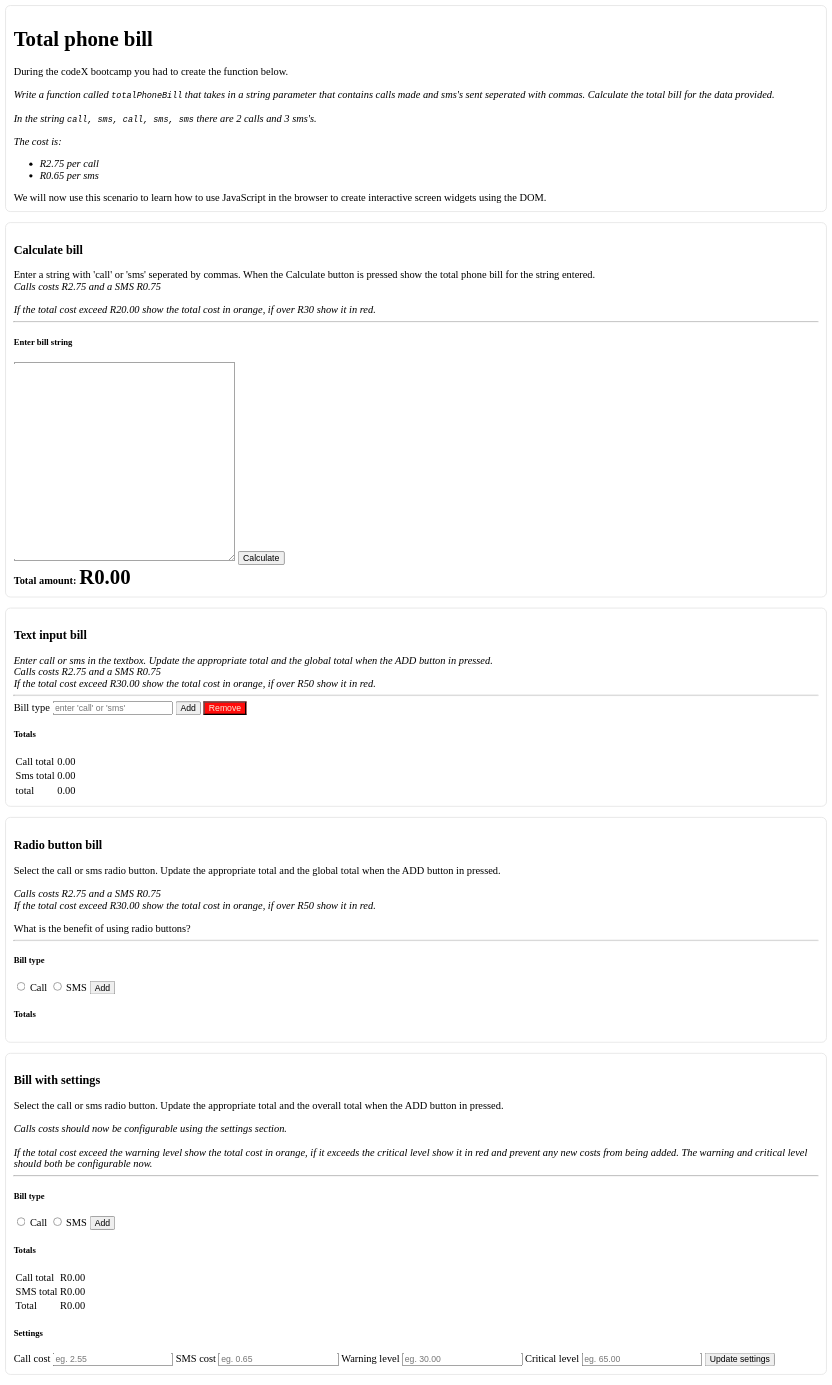
Repository: lasity34/Phone-bill
Page: index.html
An editor plug-in stored every save of this project. The page is shown before and after the next save, followed by the edit.
The browser window is 1280 px wide. The pictures show the whole page, at 65% of full size.
Some web libraries are served in a nearby version.

Above is the page before, as saved 2023-05-06 14:44:38.
Console error: SyntaxError: Identifier 'total' has already been declared
Not found: css/skeleton.css

### index.html
<!DOCTYPE html>
<html>
  <head>
    <meta charset="utf-8">
    <title></title>
    <link rel="stylesheet" href="css/skeleton.css">
    <link rel="stylesheet" href="css/style.css">
    <script src="https://cdnjs.cloudflare.com/ajax/libs/handlebars.js/4.0.11/handlebars.min.js"></script>
    <script type="text/x-template" class="textTemplate">
      {{#each differentCosts}}
      <tr>
      <td>{{name}} total</td>
      <td><span>{{total}}</span></td>
      </tr>
      {{/each}}
  </script>
  </head>
  <script type="text/x-template" class="radioTemplate">
    {{#each differentCosts}}
    <tr>
    <td>{{name}} total</td>
    <td><span>{{total}}</span></td>
    </tr>
    {{/each}}
</script>
  <body>
    <div class="container">
      <div class="row">
        <div class="twelve columns box">
          <h1>Total phone bill</h1>

          <div class="">
            During the codeX bootcamp you had to create the function below.
          </div>

          <br>

          <div class="">
            <i>Write a function called <code>totalPhoneBill</code> that takes in a string parameter that contains calls made and sms's sent seperated with commas. Calculate the total bill for the data provided.
              <br><br>
              In the string <code>call, sms, call, sms, sms</code> there are 2 calls and 3 sms's.
              <br>
              <br>
              The cost is:
              <ul>
                <li>R2.75 per call</li>
                <li>R0.65 per sms</li>
              </ul>

            </i>
          </div>

          <div class="">
              We will now use this scenario to learn how to use JavaScript in the browser to create interactive screen widgets using the DOM.
          </div>
        </div>
      </div>
      <div class="row">
        <div class="six columns box">
          <h3>Calculate bill</h3>
          Enter a string with 'call' or 'sms' seperated by commas. When the Calculate button is pressed show the total phone bill for the string entered.

          <div class="">
            <i>Calls costs R2.75 and a SMS R0.75</i>
          </div>
          <br>
          <div class="">
            <i>If the total cost exceed R20.00 show the total cost in orange, if over R30 show it in red.</i>
          </div>

          <hr>

          <!-- billString calculateBtn billTotal -->

          <div class="row">
            <div class="eight columns">
              <h5>Enter bill string</h5>
              <textarea name="name" rows="20" cols="40"  class="billString" ></textarea>
              <button class="button-primary calculateBtn" on type="button" name="button">Calculate</button>
            </div>
            <div class="four columns">
              <strong>Total amount:</strong>
              <span class="total ">R<span class="billTotal">0.00</span> </span>
            </div>
          </div>
        </div>
        <div class="six columns box">

          <!--  text input bill -->
          <h3>Text input bill</h3>

          <div class="">
            <i>Enter call or sms in the textbox. Update the appropriate total and the global total when the ADD button in pressed.</i>
          </div>
          <div class="">
            <i>Calls costs R2.75 and a SMS R0.75</i>
          </div>

          <div class="">
            <i>If the total cost exceed R30.00 show the total cost in orange, if over R50 show it in red.</i>
          </div>
          <hr>

          <div class="row">
            <div class="six columns">

              <label for="">Bill type</label>
              <input type="text" name="" value="" placeholder="enter 'call' or 'sms' " class="billTypeText">
              <button class="button-primary addToBillBtn" type="button" name="button" >Add</button>
              <button class=" resetBtn" type="button" name="button" >Remove</button>
          </div>
            <div class="six columns">
              <h5>Totals</h5>
              <table class="textTotals">

              </table>
            </div>
          </div>
        </div>

      </div>
      <div class="row">
        <div class="six columns box">
          <h3>Radio button bill</h3>

          <div class="">
            Select the call or sms radio button. Update the appropriate total and the global total when the ADD button in pressed.
          </div>
          <br>
          <div class="">
            <i>Calls costs R2.75 and a SMS R0.75</i>
          </div>

          <div class="">
            <i>If the total cost exceed R30.00 show the total cost in orange, if over R50 show it in red.</i>
          </div>
          <br>
          <div class="">
            What is the benefit of using radio buttons?
          </div>

          <hr>

          <div class="row">
            <div class="six columns">
              <h5>Bill type</h5>
              <label class="">
                <input type="radio" name="billItemType" class="billItemTypeRadio" value="call">
                <span class="label-body">Call</span>
              </label>
              <label class="">
                <input type="radio" name="billItemType" class="billItemTypeRadio" value="sms">
                <span class="label-body" >SMS</span>
              </label>
              <button class="button-primary radioBillAddBtn" type="button" name="button">Add</button>
            </div>
            <div class="six columns">
                  <h5>Totals</h5>
                  <table class="radioTotals">

                  </table>
            </div>
          </div>
        </div>
        <div class="six columns box">
          <h3>Bill with settings</h3>
          <div class="">
            Select the call or sms radio button. Update the appropriate total and the overall total when the ADD button in pressed.
          </div>
          <br>
          <div class="">
            <i>Calls costs should now be configurable using the settings section.</i>
          </div>
          <br>
          <div class="">
            <i>If the total cost exceed the warning level show the total cost in orange, if it exceeds the critical level show it in red and prevent any new costs from being added. The  warning and critical level should both be configurable now.</i>
          </div>

          <hr>

          <div class="row">
            <!-- billItemTypeWithSettings -->

            <div class="six columns">
              <h5>Bill type</h5>
              <label class="">
                <input type="radio" name="billItemTypeWithSettings" class="billItemTypeWithSettings" value="call">
                <span class="label-body">Call</span>
              </label>
              <label class="">
                <input type="radio" name="billItemTypeWithSettings" class="billItemTypeWithSettings" value="sms">
                <span class="label-body" >SMS</span>
              </label>
              <button class="button-primary addBtnSetting" type="button" name="button">Add</button>

              <h5>Totals</h5>
                  <table>
                    <tr>
                      <td>Call total</td>
                      <td>R<span class="callTotalSettings">0.00</span> </td>
                    </tr>
                    <tr>
                      <td>SMS total</td>
                      <td>R<span class="smsTotalSettings">0.00</span> </td>
                    </tr>
                    <tr>
                      <td>Total</td>
                      <td> R<span class="totalSettings">0.00</span> </td>
                    </tr>
                  </table>

            </div>
            <div class="six columns">
              <h5>Settings</h5>
              <label for="exampleEmailInput">Call cost</label>
              <input class="u-full-width callCostSetting" type="number" placeholder="eg. 2.55" name="setting" >
              <label for="exampleEmailInput">SMS cost</label>
              <input class="u-full-width smsCostSetting" type="number" placeholder="eg. 0.65" name="setting">
              <label for="">Warning level</label>
              <input class="u-full-width warningLevelSetting " type="number" placeholder="eg. 30.00" class="warningLevel" name="setting" >
              <label for="">Critical level</label>
              <input class="u-full-width criticalLevelSetting" type="number" placeholder="eg. 65.00" name="setting" >
              <button class="button-primary updateSettings" type="button" name="button">Update settings</button>

            </div>
          </div>
        </div>
      </div>
    </div>

    <script src="./js/calculate-bill.js" charset="utf-8"></script>
    <script src="./js/text-bill.js" charset="utf-8"></script>
    <script src="js/radio-bill.js" charset="utf-8"></script>
    <script src="js/settings-bill.js" charset="utf-8"></script>

  </body>
</html>

<!-- billTotal -->

### css/style.css
.box {
  padding: 0.75em;
  border-radius : 0.5em;
  border : 1px solid #ddd;
  height: auto;
  margin-bottom: 1em;
}

.warning {
  color: orange;
  font-weight: bold;
}

.danger {
  color: crimson;
  font-weight: bold;
}

.total {
  font-weight: bold;
  font-size: 2em;
}

.resetBtn {
  background-color: rgb(255, 11, 11);
  color: antiquewhite;
}

### js/calculate-bill.js
//get a reference to the calculate button
const calculateBtnElement = document.querySelector(".calculateBtn")
//get a reference to the billTotal element
const billTotalElement = document.querySelector(".billTotal")
//get a reference to the billString
const billStringElement = document.querySelector(".billString")
//create the function that will be called when the calculate button is pressed
//  * this function should read the string value entered - split it on a comma.
//  * loop over all the entries in the the resulting list
//  * check if it is a call or an sms and add the right amount to the overall total
//  * once done looping over all the entries - display the total onto the screen in the billTotal element
function calculateBtnClicked () {

    const billString = billStringElement.value

    let billTotal = 0;
    const billItems = billString.split(",");

    for (let i = 0; i < billItems.length; i++) {
        const loopedBill = billItems[i]

      if (loopedBill.includes("sms")) {
          billTotal += 0.75;
      } else if(loopedBill.includes("call")) {
          billTotal += 2.75;
      }
    }

    billTotalElement.classList.remove("warning")
    billTotalElement.classList.remove("danger")


    if ( billTotal > 30 ) {
        billTotalElement.classList.add("danger")
    } else if ( billTotal > 20) {
        billTotalElement.classList.add("warning")
    }

   const roundedTotalBill = billTotal.toFixed(2);
    billTotalElement.innerHTML = roundedTotalBill
  return `R${roundedTotalBill}`

}
//link the function to a click event on the calculate button

    calculateBtnElement.addEventListener("click", calculateBtnClicked)

### js/text-bill.js
// get a reference to the textbox where the bill type is to be entered

//get a reference to the add button

//create a variable that will keep track of the total bill

//add an event listener for when the add button is pressed

//in the event listener check if the value in the bill type textbox is 'sms' or 'call'
// * add the appropriate value to the running total
// * add nothing for invalid values that is not 'call' or 'sms'.
// * display the latest total on the screen\index.html

const billTypeText = document.querySelector(".billTypeText");
const textTotalAddBtn = document.querySelector(".addToBillBtn");
const textTotalRemoveBtn = document.querySelector(".resetBtn");

let callsTotal = 0.0;
let smsTotal = 0.0;
let total = 0.0;

function textBillTotal() {
  const billTypeEntered = billTypeText.value.trim();

  if (billTypeEntered === "call") {
    callsTotal += 2.75;
  } else if (billTypeEntered === "sms") {
    smsTotal += 0.75;
  }

  total = callsTotal + smsTotal;

  if (total > 50) {
    totalElem.classList.add("danger");
  } else if (total > 30) {
    totalElem.classList.add("warning");
  }
  updateTemplate();
}

function removeTotal() {
  callsTotal = 0;
  smsTotal = 0;
}

function updateTemplate() {
  const templateSource = document.querySelector(".textTemplate").innerHTML;
  const userTemplate = Handlebars.compile(templateSource);
  const costDataElem = document.querySelector(".textTotals");
  const costData = {
    differentCosts: [
      { name: "Call", total: callsTotal.toFixed(2) },
      {
        name: "Sms",
        total: smsTotal.toFixed(2),
      },
      {
        name: "",
        total: total.toFixed(2),
      },
    ],
  };

  const userDataHTML = userTemplate(costData);
  costDataElem.innerHTML = userDataHTML;
}

document.addEventListener("DOMContentLoaded", function () {
  updateTemplate();
});

textTotalAddBtn.addEventListener("click", textBillTotal);
textTotalRemoveBtn.addEventListener("click", removeTotal);

### js/radio-bill.js
// get a reference to the sms or call radio buttons

//get a reference to the add button

//create a variable that will keep track of the total bill

//add an event listener for when the add button is pressed

//in the event listener get the value from the billItemTypeRadio radio buttons
// * add the appropriate value to the running total
// * add nothing for invalid values that is not 'call' or 'sms'.
// * display the latest total on the screen

const radioBillAddBtnElement = document.querySelector(".radioBillAddBtn");

// "input[name='billItemType']:checked"
const callTotalTwoElement = document.querySelector(".callTotalTwo");
const smsTotalTwoElement = document.querySelector(".smsTotalTwo");
const totalTwoElement = document.querySelector(".totalTwo");

let smsTotalRadio = 0;
let callTotalRadio = 0;
let total = 0;
function calculateRadioBtn() {
  const checkedRadioBtnElement = document.querySelector(
    "input[name='billItemType']:checked"
  );

  if (checkedRadioBtnElement) {
    const billItemType = checkedRadioBtnElement.value;

    if (billItemType === "call") {
      callTotalRadio += 2.75;
    } else if (billItemType === "sms") {
      smsTotalRadio += 0.75;
    }
  }

  smsTotalTwoElement.innerHTML = smsTotalRadio.toFixed(2);
  callTotalTwoElement.innerHTML = callTotalRadio.toFixed(2);
  totalBill = callTotalRadio + smsTotalRadio;
  totalTwoElement.innerHTML = totalBill.toFixed(2);

  totalTwoElement.classList.remove("danger");
  totalTwoElement.classList.remove("warning");

  if (totalBill > 30) {
    totalTwoElement.classList.add("danger");
  } else if (totalBill > 20) {
    totalTwoElement.classList.add("warning");
  }
}

function updateTemplate() {
  const templateSource = document.querySelector(".radioTemplate").innerHTML;
  const userTemplate = Handlebars.compile(templateSource);
  const radioCostDataElem = document.querySelector(".radioTotals");
  const costData = {
    differentCosts: [
      { name: "Call", total: callsTotal.toFixed(2) },
      {
        name: "Sms",
        total: smsTotal.toFixed(2),
      },
      {
        name: "",
        total: total.toFixed(2),
      },
    ],
  };

  const userDataHTML = userTemplate(costData);
  radioCostDataElem.innerHTML = userDataHTML;
}

document.addEventListener("DOMContentLoaded", function () {
    updateTemplate()
});

radioBillAddBtnElement.addEventListener("click", calculateRadioBtn);

### js/settings-bill.js
// get a reference to the sms or call radio buttons

// get refences to all the settings fields

//get a reference to the add button

//get a reference to the 'Update settings' button

// create a variables that will keep track of all the settings

// create a variables that will keep track of all three totals.

//add an event listener for when the 'Update settings' button is pressed

//add an event listener for when the add button is pressed

//in the event listener get the value from the billItemTypeRadio radio buttons
// * add the appropriate value to the call / sms total
// * add the appropriate value to the overall total
// * add nothing for invalid values that is not 'call' or 'sms'.
// * display the latest total on the screen.
// * check the value thresholds and display the total value in the right color.

// totals Display
const calltotalSettingsElement = document.querySelector(".callTotalSettings");
const smsTotalSettingsElement = document.querySelector(".smsTotalSettings");
const totalBillSettingsElement = document.querySelector(".totalSettings");

// Buttons
const addBtnSettingElement = document.querySelector(".addBtnSetting");
const updateBtnSettingElement = document.querySelector(".updateSettings");

// settings element
const callCostSettingEl = document.querySelector(".callCostSetting");
const smsCostSettingEl = document.querySelector(".smsCostSetting");
const warningSettingEl = document.querySelector(".warningLevelSetting");
const criticalLevelSettingEl = document.querySelector(".criticalLevelSetting");

// totals
let smsSettingTotal = 0;
let callSettingTotal = 0;

// settings updated
let callValue = 0;
let smsValue = 0;
let warningValue = 0;
let criticalValue = 0;
let totalBill = 0

function updatedSettings() {
  callValue = parseInt(callCostSettingEl.value) || 0 ;
  smsValue = parseInt(smsCostSettingEl.value);
  warningValue = parseInt(warningSettingEl.value);
  criticalValue = parseInt(criticalLevelSettingEl.value)
  totalBillSettingsElement.classList.remove("danger")
  totalBillSettingsElement.classList.remove("warning")

  if (totalBill >= criticalValue) {
    totalBillSettingsElement.classList.add("danger")
} else if (totalBill >= warningValue) {
    totalBillSettingsElement.classList.add("warning")
}


}

function totalBillWithSettings() {
  const checkedRadioBtn = document.querySelector(
    "input[name='billItemTypeWithSettings']:checked"
  );

  if (checkedRadioBtn) {
    const billItemType = checkedRadioBtn.value;

    if(totalBill < criticalValue ) {

        if (billItemType === "call") {
            callSettingTotal += callValue;
          } else if (billItemType === "sms") {
            smsSettingTotal += smsValue;
          }
    }

  }


  calltotalSettingsElement.innerHTML = callSettingTotal.toFixed(2);
  smsTotalSettingsElement.innerHTML = smsSettingTotal.toFixed(2);
  totalBill = callSettingTotal + smsSettingTotal;
  totalBillSettingsElement.innerHTML = totalBill.toFixed(2);

  totalBillSettingsElement.classList.remove("danger")
  totalBillSettingsElement.classList.remove("warning")

  if (totalBill >= criticalValue) {
        totalBillSettingsElement.classList.add("danger")
  } else if (totalBill >= warningValue) {
        totalBillSettingsElement.classList.add("warning")
  }
}

updateBtnSettingElement.addEventListener("click", updatedSettings);
addBtnSettingElement.addEventListener("click", totalBillWithSettings);

After the next save:
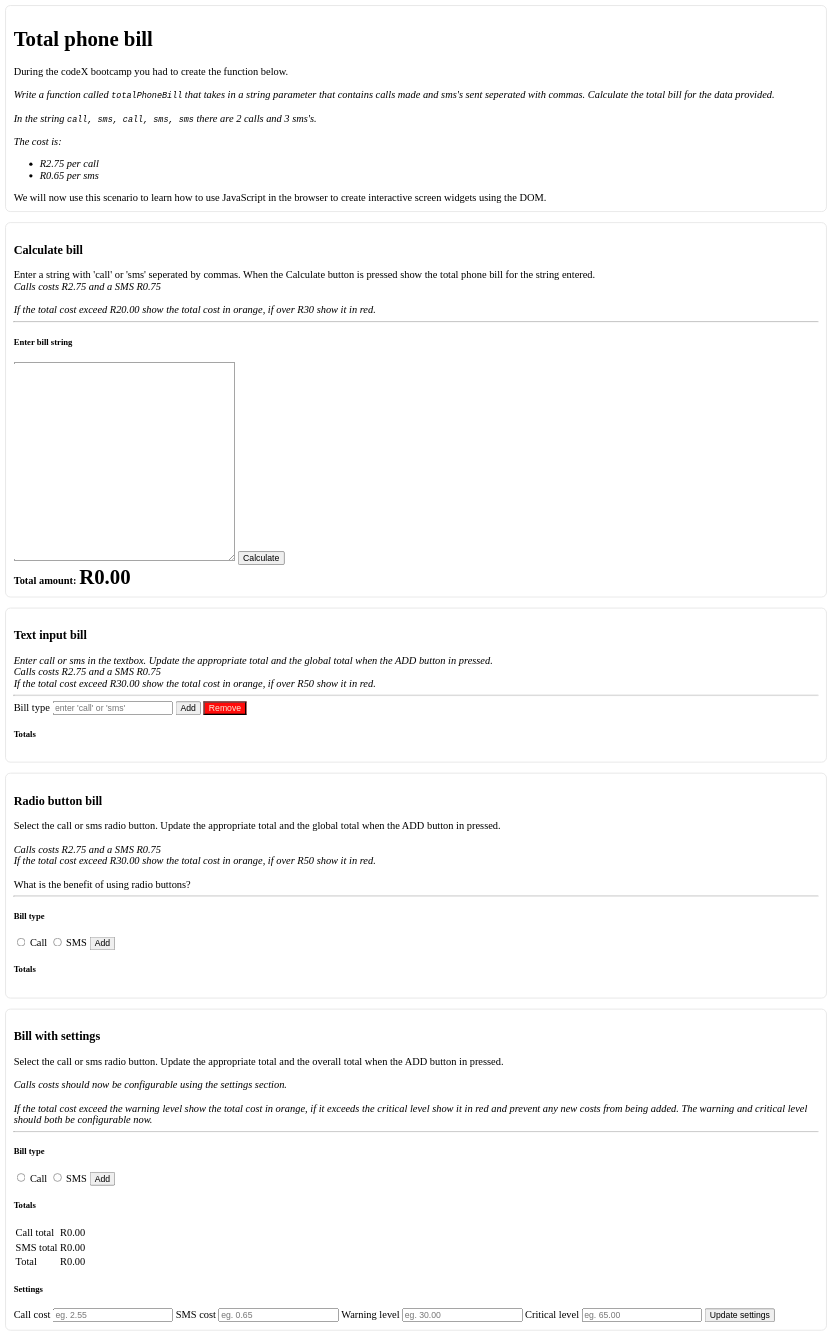
Saved 5 min 23 s later.
--- a/index.html
+++ b/index.html
@@ -6,7 +6,7 @@
     <link rel="stylesheet" href="css/skeleton.css">
     <link rel="stylesheet" href="css/style.css">
     <script src="https://cdnjs.cloudflare.com/ajax/libs/handlebars.js/4.0.11/handlebars.min.js"></script>
-    <script type="text/x-template" class="textTemplate">
+    <script type="text/x-template" id="textTemplate">
       {{#each differentCosts}}
       <tr>
       <td>{{name}} total</td>
@@ -15,7 +15,7 @@
       {{/each}}
   </script>
   </head>
-  <script type="text/x-template" class="radioTemplate">
+  <script type="text/x-template" id="radioTemplate">
     {{#each differentCosts}}
     <tr>
     <td>{{name}} total</td>

After the 2 saves that followed:
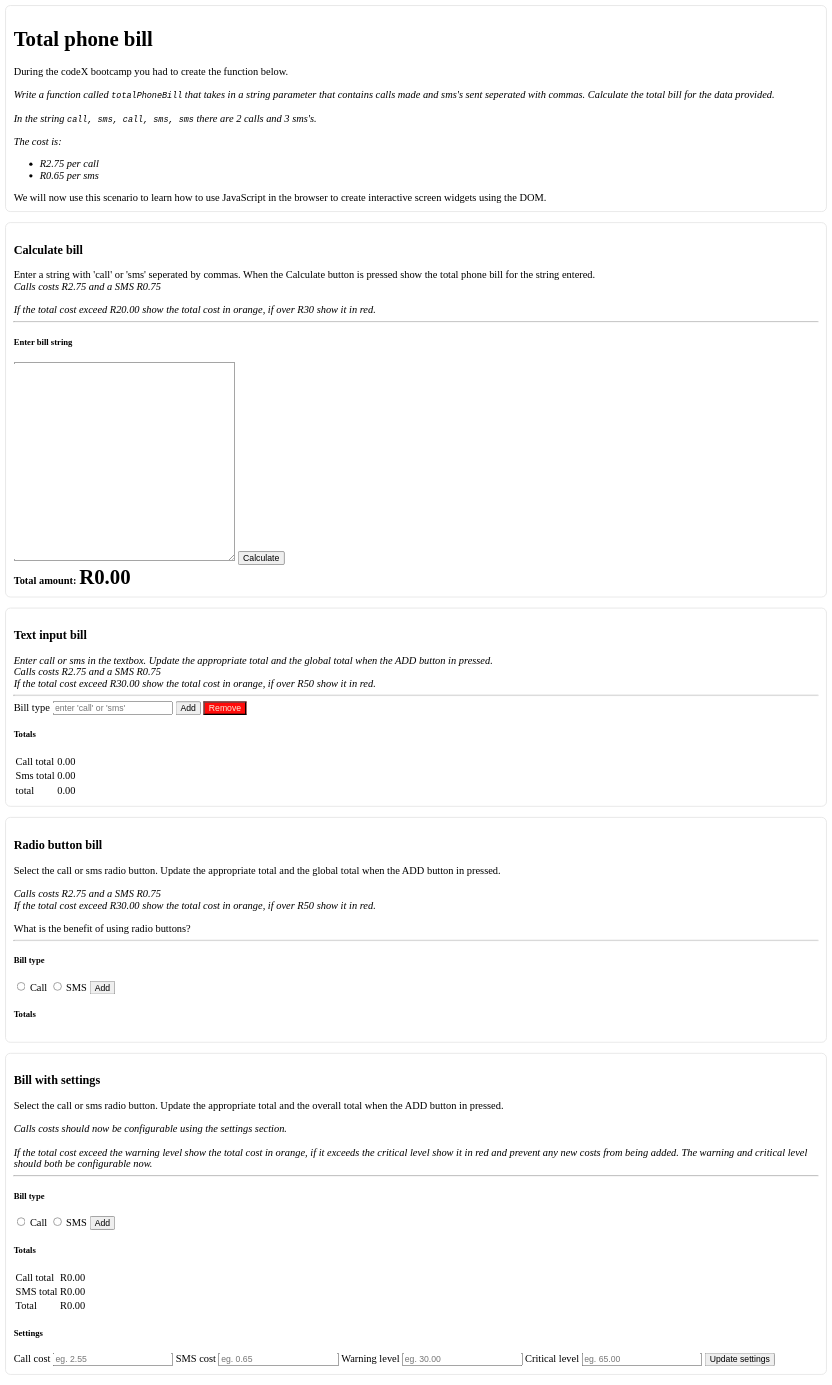
The 2 saves are shown as one change because 1 left the picture as it was.
The last was saved 47 s later.
--- a/js/text-bill.js
+++ b/js/text-bill.js
@@ -44,7 +44,7 @@ function removeTotal() {
 }
 
 function updateTemplate() {
-  const templateSource = document.querySelector(".textTemplate").innerHTML;
+  const templateSource = document.querySelector("#textTemplate").innerHTML;
   const userTemplate = Handlebars.compile(templateSource);
   const costDataElem = document.querySelector(".textTotals");
   const costData = {
--- a/js/radio-bill.js
+++ b/js/radio-bill.js
@@ -52,7 +52,7 @@ function calculateRadioBtn() {
 }
 
 function updateTemplate() {
-  const templateSource = document.querySelector(".radioTemplate").innerHTML;
+  const templateSource = document.querySelector("#radioTemplate").innerHTML;
   const userTemplate = Handlebars.compile(templateSource);
   const radioCostDataElem = document.querySelector(".radioTotals");
   const costData = {
